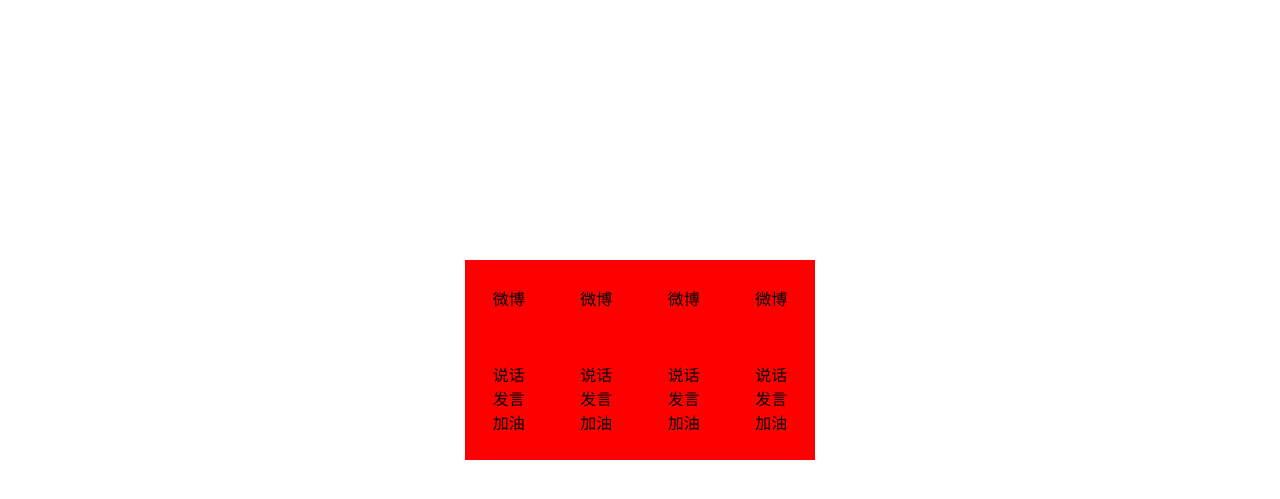
Repository: MMXiaohang/frontend-interview-coding
Page: 19.下拉菜单.html
An editor plug-in stored every save of this project. The page is shown before and after the next save, followed by the edit.
The browser window is 1280 px wide. The pictures show the whole page.

Above is the page before, as saved 2022-04-03 11:50:21.

After the next save:
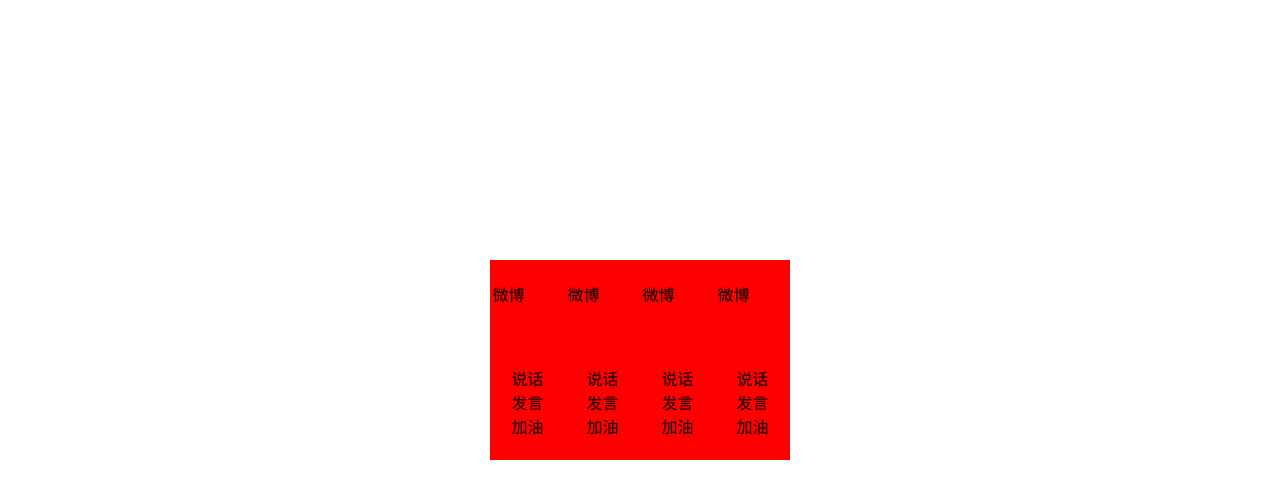
Saved 44 s later.
--- a/19.下拉菜单.html
+++ b/19.下拉菜单.html
@@ -14,7 +14,7 @@
             position: absolute;
             display: flex;
             justify-content: space-around;
-            width: 350px;
+            width: 300px;
             height: 200px;
             top: 50%;
             left: 50%;
@@ -23,6 +23,9 @@
         }
 
         .nav a{
+            display: inline-block;
+            width: 70px;
+            height: 40px;
             text-decoration: none;
             color: black;
         }
